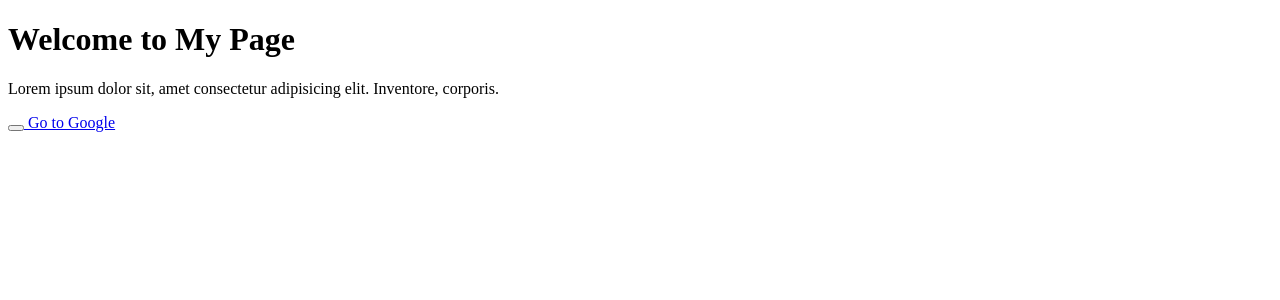
Repository: cs-fullstack-2020-spring/javascript-classes-cw-Awhit-commits
Page: index.html
An editor plug-in stored every save of this project. The page is shown before and after a run of saves, followed by the edit.
The browser window is 1280 px wide. The pictures show the whole page.

Above is the page before, as saved 2021-01-06 11:52:50.

After the next 2 saves:
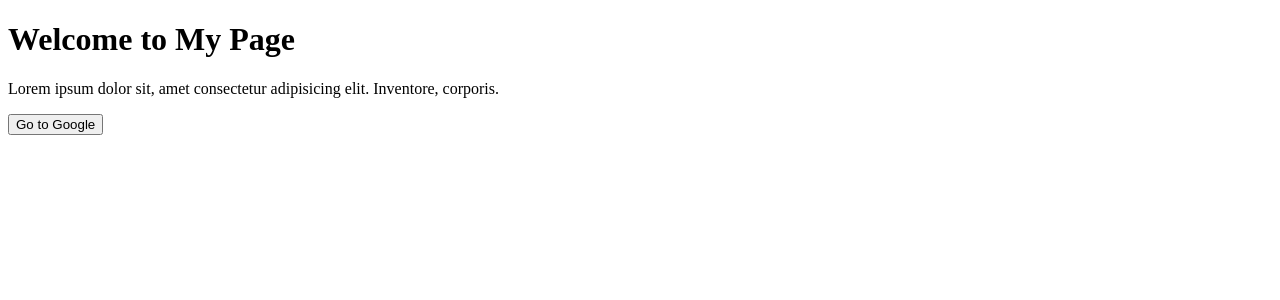
The 2 saves are shown as one change because they came seconds apart.
The last was saved 6 s later.
--- a/index.html
+++ b/index.html
@@ -8,6 +8,6 @@
 <body>
     <h1>Welcome to My Page</h1>
     <p>Lorem ipsum dolor sit, amet consectetur adipisicing elit. Inventore, corporis.</p>
-    <a href = "https://google.com"><button></button> Go to Google</a>
+    <a href = "https://google.com"><button> Go to Google</button></a>
 </body>
 </html>
